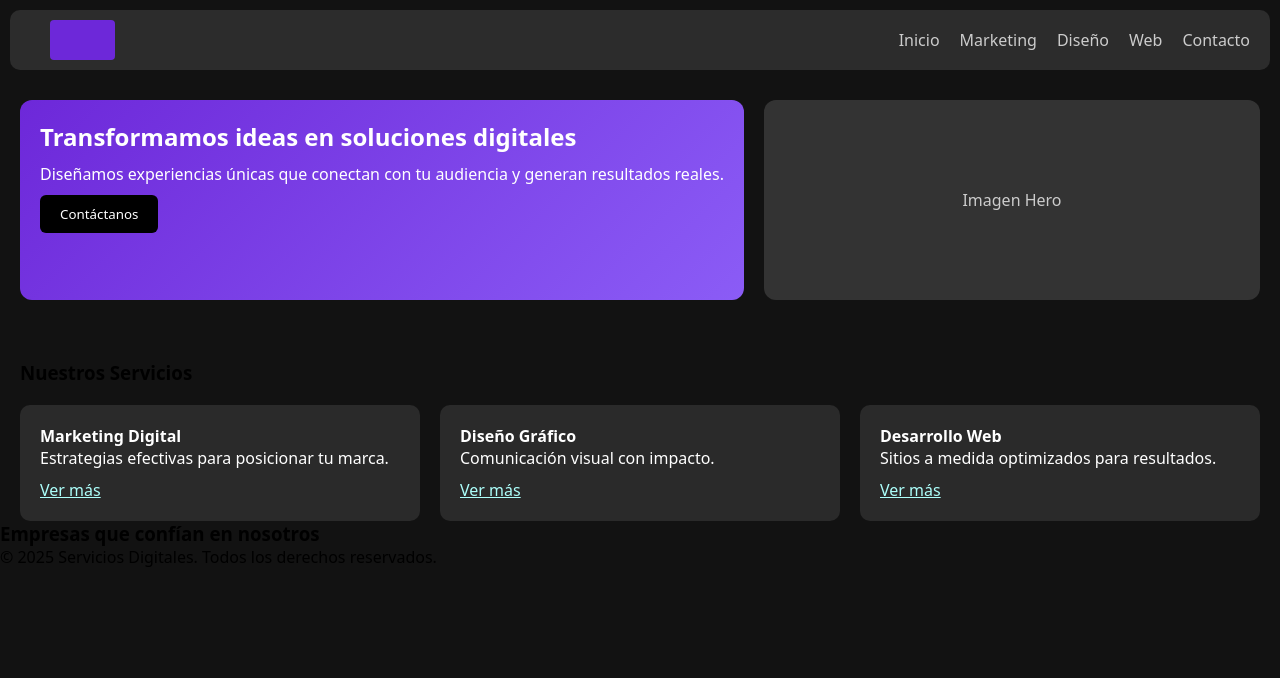
Repository: santinogarrone/TrabajoAgustin
Page: html/index.html
These files come from the project's save history. The page is drawn as it stood at one moment and after the next save; the edit follows.
The browser window is 1280 px wide. The pictures show the whole page.

Above is the page before, as saved 2025-05-02 11:59:17.

### html/index.html
<!DOCTYPE html>
<html lang="en">
<head>
    <meta charset="UTF-8">
    <meta name="viewport" content="width=device-width, initial-scale=1.0">
    <link rel="stylesheet" href="../css/style.css">
    <title>Página de Agustin</title>
</head>
<body>

    <header>
        <nav class="nav-bar">
            <div class="cuadrado-violeta">

            </div>


            <ul class="nav-list">
                <li class="nav-item"><a href="">Inicio</a></li>
                <li class="nav-item"><a href="">Marketing</a></li>
                <li class="nav-item"><a href="">Diseño</a></li>
                <li class="nav-item"><a href="">Web</a></li>
                <li class="nav-item"><a href="">Contacto</a></li>
            </ul>

            <button class="menu-icon" aria-label="menu">
                <span class="menu-line"></span>
                <span class="menu-line"></span>
                <span class="menu-line"></span>
            </button>
        </nav>
    </header>
        <main>

            <section class="hero">
                <div class="hero-texto">
                  <h2>Transformamos ideas en soluciones digitales</h2>
                  <p>Diseñamos experiencias únicas que conectan con tu audiencia y generan resultados reales.</p>
                  <button>Contáctanos</button>
                </div>
                <div class="hero-img">
                  Imagen Hero
                </div>
              </section>

              <section class="servicios">
                <h3>Nuestros Servicios</h3>
                <div class="servicio-cards">
                  <div class="card">
                    <h4>Marketing Digital</h4>
                    <p>Estrategias efectivas para posicionar tu marca.</p>
                    <a href="#">Ver más</a>
                  </div>
                  <div class="card">
                    <h4>Diseño Gráfico</h4>
                    <p>Comunicación visual con impacto.</p>
                    <a href="#">Ver más</a>
                  </div>
                  <div class="card">
                    <h4>Desarrollo Web</h4>
                    <p>Sitios a medida optimizados para resultados.</p>
                    <a href="#">Ver más</a>
                  </div>
                </div>
              </section>

            <section class="empresas">
                <h3>Empresas que confían en nosotros</h3>
                <article class="logos">
                    <div class="logo"></div>
                    <div class="logo"></div>
                    <div class="logo"></div>
                    <div class="logo"></div>
                </article>

            </section>

        </main>

    <footer>
        <div class="ftr">
            <p>&copy; 2025 Servicios Digitales. Todos los derechos reservados.</p>
        </div>
    </footer>
</body>
</html>

### css/style.css
@import url(./global.css);

*{
    margin: 0;
    padding: 0;
    box-sizing: border-box;
    font-family: var(--font-family);
}


body{
    background-color: var(--fondo-color);
    height: 100%;
}

header{
    padding: 10px;
}
.cuadrado-violeta{
    display: block;
    width: 65px;
    height: 40px;
    background-color: var(--primary-color-original);
    border-radius: 4px;
    margin-left: 20px;
}


.nav-bar {
    display: flex;
    align-items: center;
    justify-content: space-between;
    background-color: #2c2c2c;
    padding: 10px 20px;
    border-radius: 10px;
    position: relative;
  }

  .menu-icon {
    display: none;
  }

  .menu-line {
    height: 4px;
    background-color: white;
    border-radius: 2px;
    width: 100%;
  }

  .nav-list {
    display: flex;
    gap: 20px;
    list-style: none;
    margin: 0;
    padding: 0;
  }

  .nav-item a {
    color: #ccc;
    text-decoration: none;
  }

  .hero {
    display: flex;
    gap: 20px;
    padding: 20px;
    border-radius: 10px;
    flex-wrap: wrap;
  }

  .hero-texto {
    background: var(--primary-color-gradient);
    color: var(--texto-color);
    padding: 20px;
    border-radius: 12px;
  }

  .hero-texto h2 {
    margin-bottom: 10px;
  }

  .hero-texto button {
    margin-top: 10px;
    padding: 10px 20px;
    background-color: black;
    color: white;
    border: none;
    border-radius: 6px;
    cursor: pointer;
  }

  .hero-img {
    background-color: #333;
    color: #ccc;
    display: flex;
    align-items: center;
    justify-content: center;
    border-radius: 12px;
    flex: 1 1 300px;
    min-height: 200px;
  }

  .servicios {
    margin-top: 40px;
    padding: 0 20px;
  }

  .servicio-cards {
    display: flex;
    flex-wrap: wrap;
    gap: 20px;
    margin-top: 20px;
  }

  .card {
    background-color: #2a2a2a;
    color: white;
    padding: 20px;
    border-radius: 10px;
    flex: 1 1 250px;
  }

  .card a {
    color: #adfffb;
    text-decoration: underline;
    display: inline-block;
    margin-top: 10px;
  }

@media (375px >= width) {

    .hero-img{
        display: none;
    }
    .hero-texto p{
        display: none;
    }
    body{
        background-color: var(--fondo-color);
        height: 100%;
    }

    header{
        background-color: var(--superficie-dos);
        position: sticky;
        top: 0;
        margin: 0;
        border-radius: 0;
    }

    main{
        margin: 0px;
    }
    .explicacion{
        display: none;
    }

    .nav-list{
        display: none;
    }

    .img-hero{
        display: none;
    }
    .cuadrado-violeta{
        display: block;
        width: 65px;
        height: 40px;
        background-color: var(--primary-color-original);
        border-radius: 4px;
        margin-left: 20px;
    }

    .menu-icon{
        width: 30px;
        height: 30px;
        background: transparent;
        display: flex;
        flex-direction: column;
        gap: 4px;
        height: fit-content;
        border: none;
    }

    .menu-line{
        width: 100%;
        height: 4px;
        background-color: var(--texto-color);
        border: none;
        border-radius: 4px;

    }

    .nav-bar{
        display: flex;
        justify-content: space-between;
        align-items: center;
        padding: 5px 16px;
    }


    .main-contact{
        display: flex;
        padding: 24px;
        justify-content: center;
        align-items: center;
    }

    .contacto{
        display: block;
        padding: 34px;
        background: var(--primary-color-gradient);
        border-radius: 10px;
        color: var(--texto-color);
        height: auto;
        font-size: 12px;
    }

    .contacto .tit-contacto{
        text-align: center;
        align-items: center;
        font-weight: bold;
        margin-top: 30px;
    }

    .boton-contactar{
        display: block;
        margin: 0 auto;
        margin-bottom: 20px;
        margin-top: 12px;
        padding: 5px 20px;
        color: var(--primary-claro);
        background-color: var(--fondo-color);
        border-radius: 6px;
        cursor: pointer;
    }

    .servicios{
        display: flex;
        flex-direction: column;
        margin: 0 20px;
    }

    .servicios h3{
        color: var(--texto-color);
    }

    .card{
        margin-top: 5px;
        align-items: center;
        justify-content: center;
        background-color: var(--superficie-dos);
        border-radius: 8px;
        padding: 12px;
        margin-bottom: 15px;
    }

    .card h4{
        color: var(--texto-color);
    }

    .card p{
        color: var(--texto-secundario);
        padding-bottom: 20px;
    }

    .card a{
        display: inline-block;
        margin-bottom: 20px;
        color: var(--texto-color);
        cursor: pointer;
    }

    .empresas{
        display: flex;
        flex-direction: column;
        align-items: flex-start;
        margin-left: 20px;
    }

    .empresas h3{
        color: var(--texto-color);
        margin-bottom: 1rem;
    }

    .logos{
        margin-top: 5px;
        width: 335px;
        display: flex;
        justify-content: center;
        align-items : center;
        gap: 5px;
        background-color: var(--superficie-dos);
        border-radius: 8px;
        padding: 20px;
        margin-bottom: 10px;
    }

    .logo{
        width: 60px;
        height: 30px;
        background-color: #444444;
        border-radius: 5px;
    }

    .ftr{
        background-color: var(--superficie-dos);
        border-radius: 8px;
        text-align: center;
        margin: 15px 10px;
        padding: 16px;
        color: var(--texto-secundario);
    }
}

### css/global.css
:root{
    --primary-color-gradient : linear-gradient(135deg, #6D28D9, #8B5CF6);
    --primary-color-original : #6D28D9;
    --primary-claro : #8b5cf6;
    --secundary-color : #10b981;
    --acento-color : #f5930b;
    --fondo-color : #121212;
    --superficie-color : #1e1e1e;
    --superficie-dos : #2d2d2d;
    --texto-secundario : #A0A0A0;

    --texto-color : #fff;
    --font-family : 'system-ui'
}

After the next save:
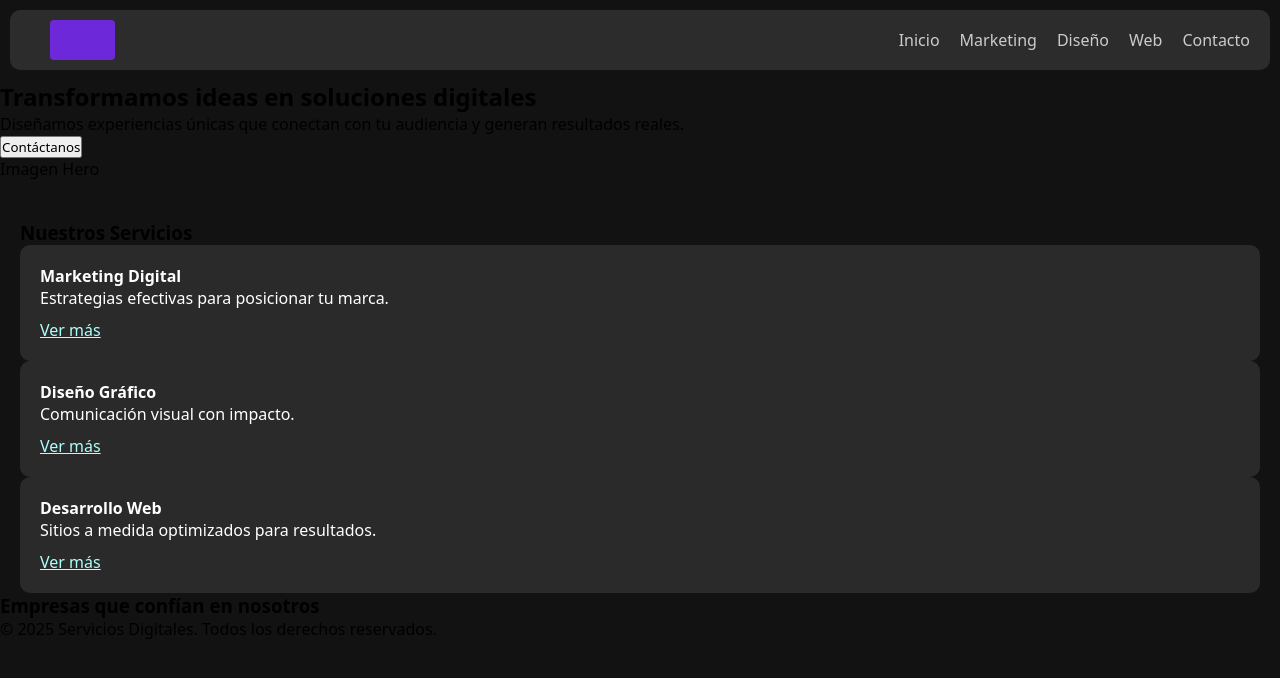
Saved 22 s later.
--- a/html/index.html
+++ b/html/index.html
@@ -17,7 +17,7 @@
 
             <ul class="nav-list">
                 <li class="nav-item"><a href="">Inicio</a></li>
-                <li class="nav-item"><a href="">Marketing</a></li>
+                <li class="nav-item"><a href="../">Marketing</a></li>
                 <li class="nav-item"><a href="">Diseño</a></li>
                 <li class="nav-item"><a href="">Web</a></li>
                 <li class="nav-item"><a href="">Contacto</a></li>
@@ -32,37 +32,43 @@
     </header>
         <main>
 
-            <section class="hero">
-                <div class="hero-texto">
-                  <h2>Transformamos ideas en soluciones digitales</h2>
-                  <p>Diseñamos experiencias únicas que conectan con tu audiencia y generan resultados reales.</p>
-                  <button>Contáctanos</button>
+            <section class="main-contact">
+                <div class="contacto">
+                    <h2 class="tit-contacto">Transformamos ideas en soluciones digitales</h2>
+                    <p class="explicacion">Diseñamos experiencias únicas que conectan con tu audiencia y generan resultados reales.</p>
+
+                    <button class="boton-contactar" onclick="location.href='../html/contacto.html'">
+                        Contáctanos
+                    </button>
                 </div>
-                <div class="hero-img">
-                  Imagen Hero
+
+                <div class="img-hero">
+                    Imagen Hero
                 </div>
-              </section>
+            </section>
 
-              <section class="servicios">
+            <section class="servicios">
                 <h3>Nuestros Servicios</h3>
-                <div class="servicio-cards">
-                  <div class="card">
+
+                <div class="card">
                     <h4>Marketing Digital</h4>
                     <p>Estrategias efectivas para posicionar tu marca.</p>
-                    <a href="#">Ver más</a>
-                  </div>
-                  <div class="card">
+                    <a href="../html/marketing.html">Ver más</a>
+                </div>
+
+                <div class="card">
                     <h4>Diseño Gráfico</h4>
                     <p>Comunicación visual con impacto.</p>
                     <a href="#">Ver más</a>
-                  </div>
-                  <div class="card">
+                </div>
+
+                <div class="card">
                     <h4>Desarrollo Web</h4>
                     <p>Sitios a medida optimizados para resultados.</p>
                     <a href="#">Ver más</a>
-                  </div>
                 </div>
-              </section>
+
+            </section>
 
             <section class="empresas">
                 <h3>Empresas que confían en nosotros</h3>
